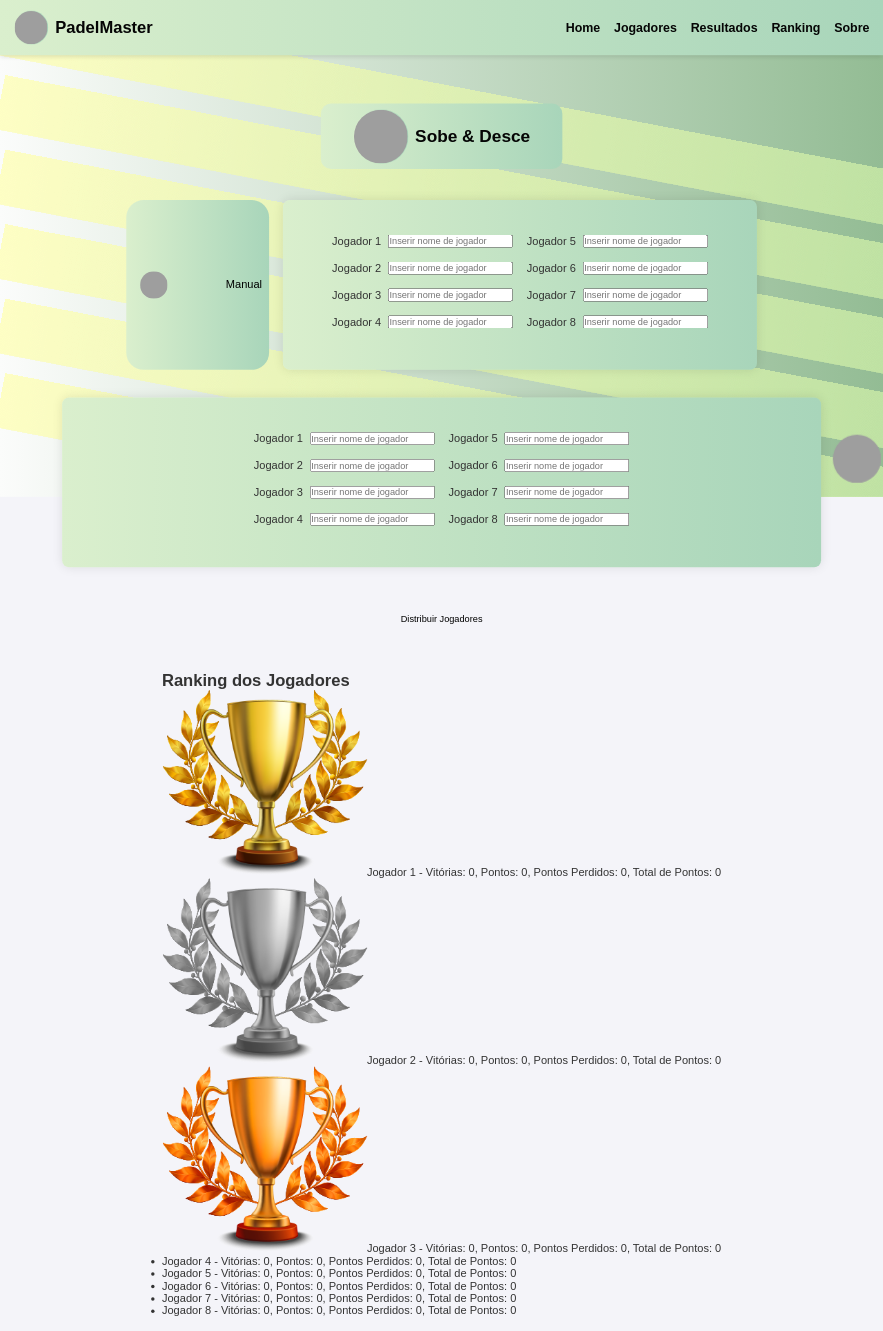
Repository: MarcioMiguel22/PadelMaster
Page: /8-jogadores
The author's editor kept a copy of each file at every save. The page is drawn from the files as they stood at one save, then again after the next save.
The browser window is 1280 px wide. The pictures show the whole page, at 69% of full size.
Pictures or frames that could not be fetched are drawn as grey boxes. The project was rebuilt for these pictures with package versions that can differ from the ones it lists, and the page was loaded fresh each time. Also part of the build but not shown: vite.config.ts, src/components/components_calculadora/AnimatedButton.module.css, src/components/components_calculadora/AnimationContext.tsx, src/utils/hooks/useAnimation.ts, src/components/components_calculadora/AnimatedButton.tsx, src/components/components_calculadora/Background_home.tsx, src/pages/Home/Home.tsx, src/components/components_calculadora/JogadoresLista4.tsx and 39 more.

Above is the page before, as saved 2024-06-28 22:00:52.

After the next save:
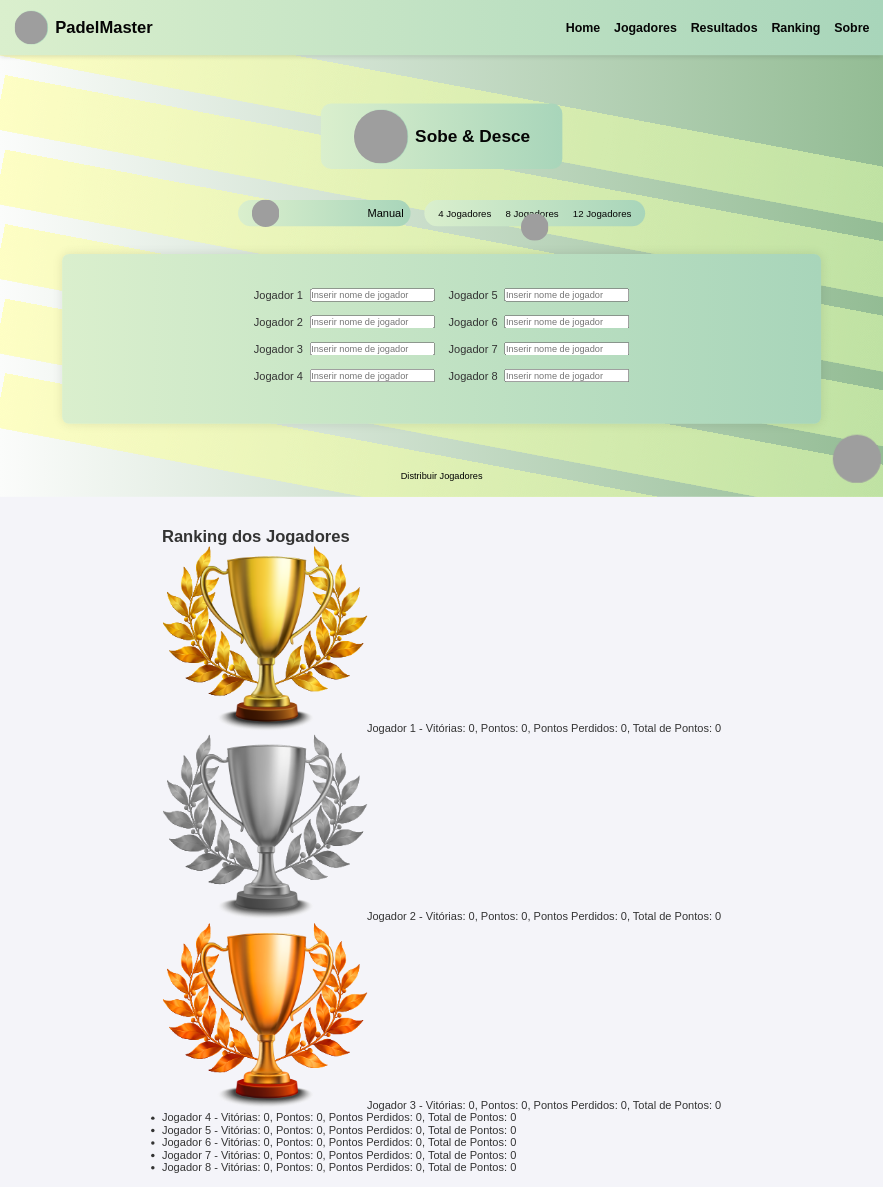
Saved 95 s later.
--- a/src/pages/Calculadora/CalculadoraApp8.tsx
+++ b/src/pages/Calculadora/CalculadoraApp8.tsx
@@ -14,7 +14,7 @@ import Titulo from '../../components/components_calculadora/Titulo';
 import NavBar from '../../components/components_calculadora/NavBar';
 import Background from '../../components/components_calculadora/Background';
 import Selector from '../../components/components_calculadora/Selector';
-import PlayerSelector from '../../components/components_calculadora/JogadoresLista8';
+import PlayerSelector from '../../components/components_calculadora/PlayerSelector';
 import { Jogador, Campo as CampoType, Time } from '../../utils/types/types';
 
 const jogadoresIniciais: Jogador[] = Array.from({ length: 8 }, (_, i) => ({
